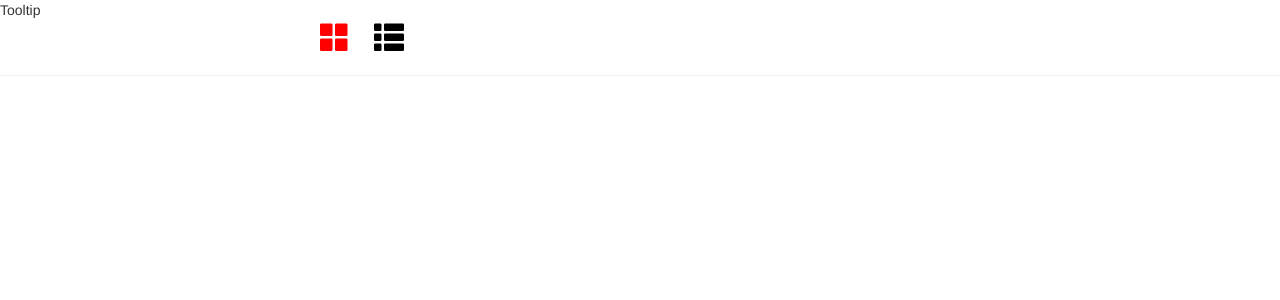
Repository: KIM-KYOUNG-OH/bitcamp-window
Page: WebProject/WebContent/day1022/ex6_board_need_xml.html
An editor plug-in stored every save of this project. The page is shown before and after the next save, followed by the edit.
The browser window is 1280 px wide. The pictures show the whole page.

Above is the page before, as saved 2020-10-23 04:08:15.

### WebProject/WebContent/day1022/ex6_board_need_xml.html
<!DOCTYPE html>
<html>
<head>
<meta charset="UTF-8">
<title>Insert title here</title>
<!-- Latest compiled and minified CSS -->
<link rel="stylesheet" href="https://maxcdn.bootstrapcdn.com/bootstrap/3.4.1/css/bootstrap.min.css">

<!-- jQuery library -->
<script src="https://ajax.googleapis.com/ajax/libs/jquery/3.5.1/jquery.min.js"></script>

<!-- Latest compiled JavaScript -->
<script src="https://maxcdn.bootstrapcdn.com/bootstrap/3.4.1/js/bootstrap.min.js"></script>
<script src="https://code.jquery.com/jquery-3.5.0.js"></script>
<style type="text/css">
	#btn{
		margin-left: 300px;
	}

	#btn span{
		font-size: 30px;
		margin-left: 20px;
		cursor: pointer;
	}

	#btn span:hover{
		color: red;
	}

	img{
		margin-top: 10px;
		border: 1px solid gray;
		padding: 20px;
	}

	table{
		text-align: center;
	}

	table#tb1 tr td:hover{
		background-color: LightGray;
		cursor: pointer;
	}

	table#tb2 tbody tr:hover{
		background-color: LightGray;
		cursor: pointer;
	}

	table th{
		text-align: center;
	}

	#out{
		width: 980px;
	}

	div.tooltip{
		position:absolute;
		left:0;
		top:0;
		line-height: 1.5;
		color: white;
		width: 200px;
		background-color: #f90;
		border: 2px solid white;
		padding: 1em;
		font-size: 10px;
		border-radius: 30px;
	}


</style>
<script type="text/javascript">
$(function(){
	init();
	$("#btn span").eq(0).click(function(){
		$("#btn span:first").css("color","red");
		$("#btn span:last").css("color","black");
		// 확대
		$.ajax({
			type:"get",
			url:"./ex5_board_to_xml.jsp",
			dataType:"xml",
			success: function(data){
				var s = "";
				s += "<table id='tb1' class='table table-striped'><tr>";
				$(data).find('board').each(function(i, elem){
					var n = $(elem);
					s += "<td>";
					s += "<img src='../image2/"+n.find('photo').text()+"'><br>";
					s += "번호 : " +n.attr('num') +"<br>";
					s += "작가 : " +n.attr('writer') +"<br>";
					s += "작성일 : " +n.find('writeday').text()+ "</td>";
					if(i%4==3){
						s+= "</tr><tr>";
					}
				});
				s.substring(0, s.length-8);
				s += "<td></td><td></td></tr></table>";
				$("#out").html(s);
			}
		});
	});
	$("#btn span").eq(1).click(function(){
		$("#btn span:first").css("color","black");
		$("#btn span:last").css("color","red");

		// 목록
		$.ajax({
			type:"get",
			url:"./ex5_board_to_xml.jsp",
			dataType:"xml",
			success: function(data){
				var s = "<table id='tb2' class='table table-striped' style='width:800px'>";
				s += "<thead><tr bgcolor='orange'>";
				s += "<th>번호</th><th>작가</th><th>제목</th><th>내용</th><th>작성일</th><tr></thead>";
				s += "<tbody>";
				$(data).find('board').each(function(i, elem){
					var n = $(elem);
					s += "<tr>";
					s += "<td>" +n.attr('num')+ "</td>";
					s += "<td>" +n.attr('writer')+ "</td>";
					s += "<td>" +n.find('subject').text()+ "</td>";
					s += "<td>" +n.find('content').text()+ "</td>";
					s += "<td>" +n.find('writeday').text()+ "</td>";
					s += "</tr>";
				});
				$("#out").html(s);
			}
		});
	});

	$(document).on("click", "#tb1 tr", function() {
		alert("table1 입니다")
	});

	$(document).on("click", "#tb2 tbody tr", function() {
		alert("table2 입니다")
	});

	$(document).on("mouseover", "#tb1 tbody tr", function(e) {
		$("div.tooltip").css({
			"left":e.pageX+"px",
			"top":e.pageY+"px"
		}).show();
		$("div.tooltip").append("이미지와 내용");
	});
});

function init(){
	$("#btn span:first").css("color","red");
	$("#btn span:last").css("color","black");
	// 확대
	$.ajax({
		type:"get",
		url:"./ex5_board_to_xml.jsp",
		dataType:"xml",
		success: function(data){
			var s = "";
			s += "<table id='tb1' class='table table-striped'><tr>";
			$(data).find('board').each(function(i, elem){
				var n = $(elem);
				s += "<td>";
				s += "<img src='../image2/"+n.find('photo').text()+"'><br>";
				s += "번호 : " +n.attr('num') +"<br>";
				s += "작가 : " +n.attr('writer') +"<br>";
				s += "작성일 : " +n.find('writeday').text()+ "</td>";
				if(i%4==3){
					s+= "</tr><tr>";
				}
			});
			s.substring(0, s.length-8);
			s += "<td></td><td></td></tr></table>";
			$("#out").html(s);
		}
	});
}

</script>
</head>
<body>
<div id='tooltip'>Tooltip</div>
<div id='btn'>
	<span class="glyphicon glyphicon-th-large"></span>
	<span class="glyphicon glyphicon-th-list"></span>
</div>
<hr>
<div id="out"></div>
</body>
</html>

After the next save:
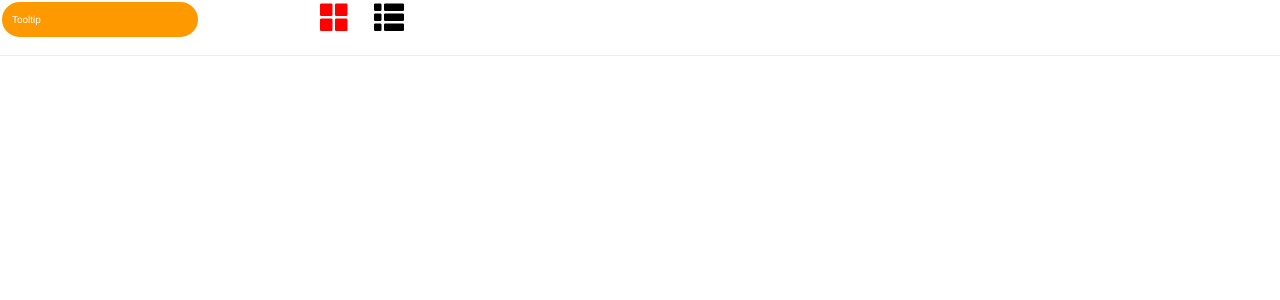
Saved 11 s later.
--- a/WebProject/WebContent/day1022/ex6_board_need_xml.html
+++ b/WebProject/WebContent/day1022/ex6_board_need_xml.html
@@ -55,7 +55,7 @@
 		width: 980px;
 	}
 
-	div.tooltip{
+	div#tooltip{
 		position:absolute;
 		left:0;
 		top:0;
